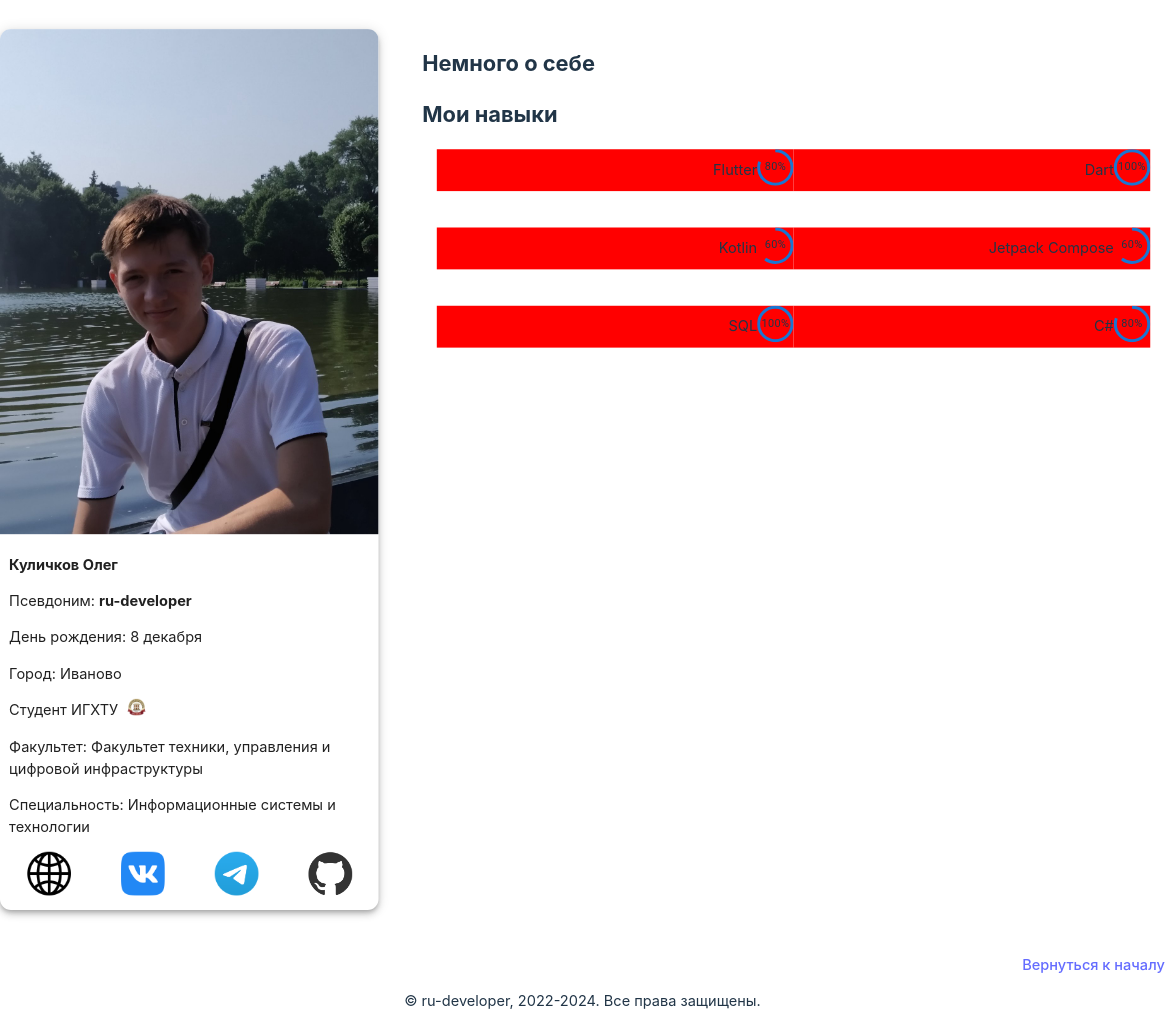
Repository: HubOl01/my_profile
Page: /
The author's editor kept a copy of each file at every save. The page is drawn from the files as they stood at one save, then again after a run of saves.
The browser window is 1280 px wide. The pictures show the whole page, at 91% of full size.
The project was rebuilt for these pictures with package versions that can differ from the ones it lists, and the page was loaded fresh each time. Also part of the build but not shown: vite.config.ts, src/components/header/Header.module.scss, src/data/websites.ts.

Above is the page before, as saved 2024-03-09 10:57:53.

After the next 8 saves:
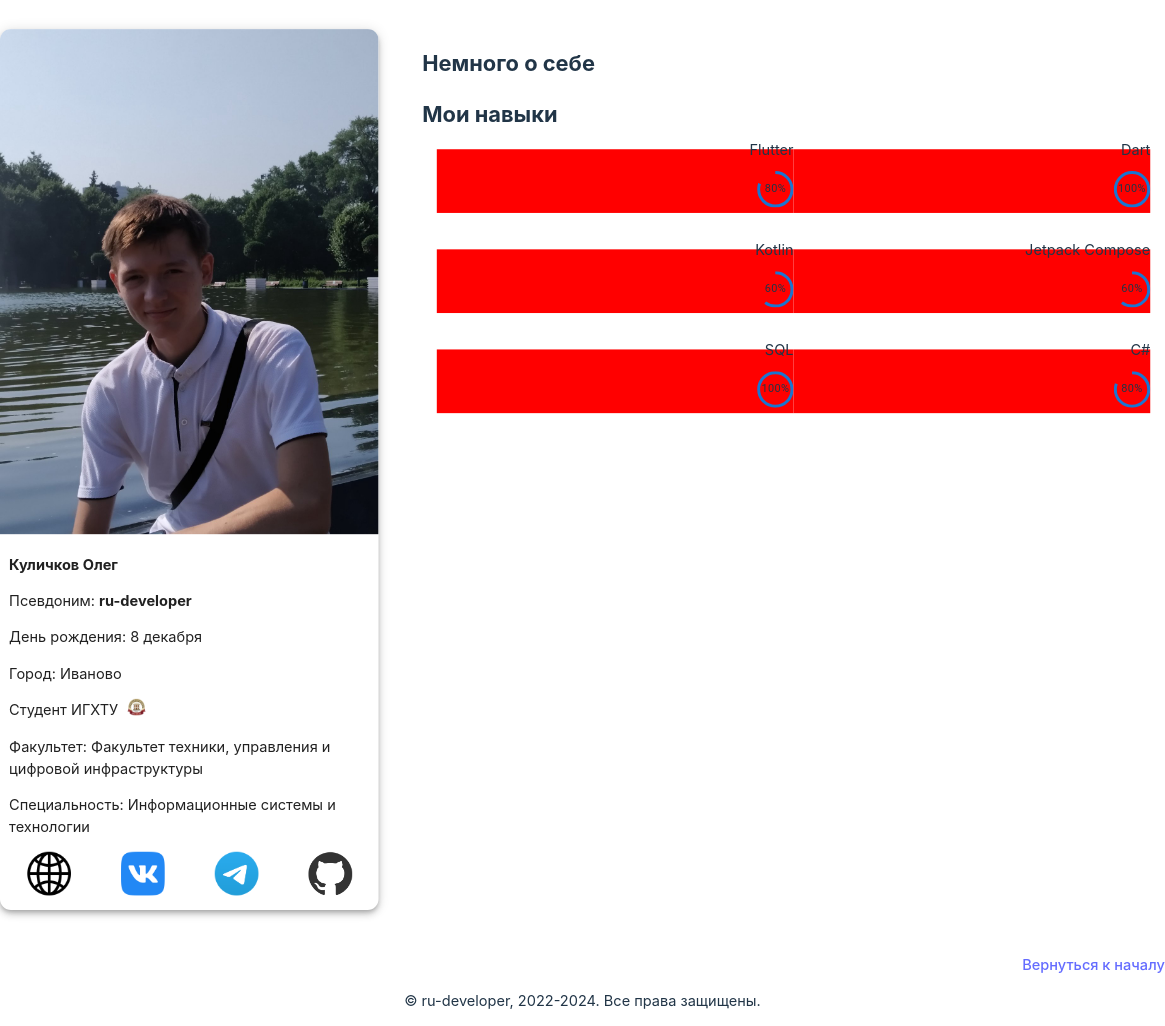
The 8 saves are shown as one change because 1 did not build or start and some came seconds apart.
The last was saved 50 s later.
--- a/src/components/center/Common.tsx
+++ b/src/components/center/Common.tsx
@@ -31,7 +31,10 @@ export default function Common() {
                 {skill.name}
 
               </div>
+              <div s>
                 <CircularProgressWithLabel value={skill.progress * 100} />
+
+              </div>
 
 
               </Box>
